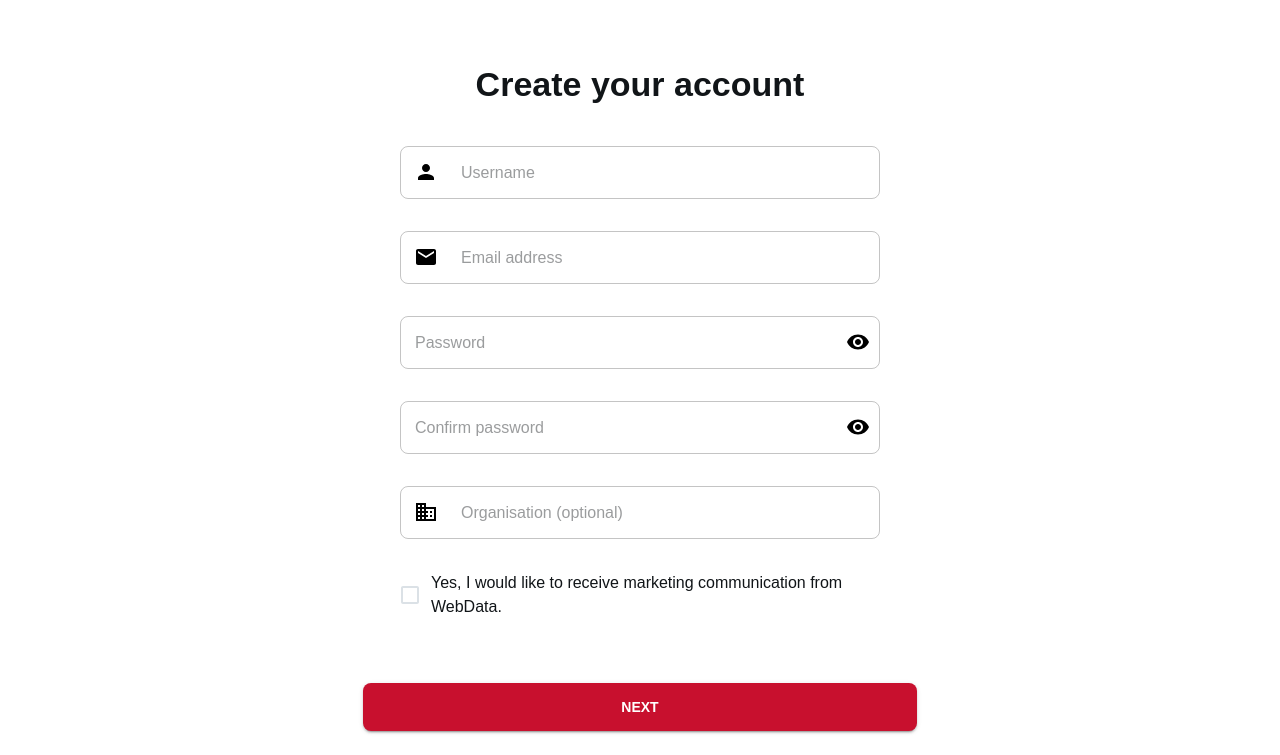
Repository: Pascal-Ahmadu/Tender-download-system
Page: /register (app in frontend/)
The author's editor kept a copy of each file at every save. The page is drawn from the files as they stood at one save, then again after the next save.
The browser window is 1280 px wide. The pictures show the whole page.
The page's requests for data from a server got no answer. Some web fonts or font styles are not loaded; a fallback is used. The project was rebuilt for these pictures with package versions that can differ from the ones it lists, and the page was loaded fresh each time. No one was signed in, and anything a server would have sent is missing. Also part of the build but not shown: frontend/vite.config.js, frontend/src/components/pages/LoginPage.jsx.

Above is the page before, as saved 2024-07-31 08:24:56.

### frontend/index.html
<!DOCTYPE html>
<html lang="en">
  <head>
    <meta charset="UTF-8" />
    <link rel="icon" type="image/svg+xml" href="/vite.svg" />
    <link
      href="https://fonts.googleapis.com/css2?family=Bento:wght@400;700&display=swap"
      rel="stylesheet"
    />

    <meta name="viewport" content="width=device-width, initial-scale=1.0" />
    <title>Vite + React</title>
  </head>
  <body>
    <div id="root"></div>
    <script type="module" src="/src/main.jsx"></script>
  </body>
</html>

### frontend/src/main.jsx
import React from "react";
import ReactDOM from "react-dom/client";
import App from "./App.jsx";
import "./index.css";
import { AuthProvider } from "./components/contexts/AuthContext.jsx";

ReactDOM.createRoot(document.getElementById("root")).render(
  <React.StrictMode>
    <AuthProvider>
      <App />
    </AuthProvider>
  </React.StrictMode>
);

### frontend/src/App.jsx
import React from "react";
import { BrowserRouter as Router, Routes, Route } from "react-router-dom";
import LoginPage from "./components/pages/LoginPage";
import RegistrationForm from "./components/pages/RegistrationPage";
import { createTheme, ThemeProvider } from "@mui/material/styles";

// Create a theme instance
const theme = createTheme({
  typography: {
    fontFamily: "Bento, sans-serif",
  },
});

const app = () => {
  return (
    <ThemeProvider theme={theme}>
      <Router>
        <Routes>
          <Route path="/" element={<LoginPage />} />
          <Route path="/register" element={<RegistrationForm />} />
        </Routes>
      </Router>
    </ThemeProvider>
  );
};

export default app;

### frontend/src/index.css
:root {
  font-family: "Bento", sans-serif;

  line-height: 1.5;
  font-weight: 400;

  color-scheme: white;
  color: rgba(255, 255, 255, 0.87);
  background-color: white;

  font-synthesis: none;
  text-rendering: optimizeLegibility;
  -webkit-font-smoothing: antialiased;
  -moz-osx-font-smoothing: grayscale;
}

body {
  font-family: "Merriweather", serif;
}

a {
  font-weight: 500;
  color: #646cff;
  text-decoration: inherit;
}
a:hover {
  color: #535bf2;
}

h1 {
  font-size: 3.2em;
  line-height: 1.1;
}

button {
  border-radius: 8px;
  border: 1px solid transparent;
  padding: 0.6em 1.2em;
  font-size: 1em;
  font-weight: 500;
  font-family: inherit;
  background-color: #1a1a1a;
  cursor: pointer;
  transition: border-color 0.25s;
}
button:hover {
  border-color: #646cff;
}
button:focus,
button:focus-visible {
  outline: 4px auto -webkit-focus-ring-color;
}

@media (prefers-color-scheme: light) {
  :root {
    color: #213547;
    background-color: #ffffff;
  }
  a:hover {
    color: #747bff;
  }
  button {
    background-color: #f9f9f9;
  }
}

### frontend/src/components/contexts/AuthContext.jsx
import React, { createContext, useState, useEffect, useContext } from "react";
import axios from "axios";

const API_BASE_URL = "http://localhost:5000";

axios.defaults.baseURL = API_BASE_URL;

const AuthContext = createContext();

const AuthProvider = ({ children }) => {
  const [user, setUser] = useState(null);

  // Fetch user on app load
  useEffect(() => {
    const fetchUser = async () => {
      try {
        const res = await axios.get("/api/auth/current", {
          withCredentials: true,
        });
        setUser(res.data.user);
      } catch (err) {
        console.error(err.response ? err.response.data.msg : err.message);
      }
    };

    fetchUser();
  }, []);

  const register = async (email, password) => {
    try {
      await axios.post(
        "/api/auth/register",
        { email, password },
        { withCredentials: true }
      );
      // Optionally fetch user data if needed
    } catch (err) {
      throw new Error(err.response ? err.response.data.msg : err.message);
    }
  };

  const login = async (email, password) => {
    try {
      await axios.post(
        "/api/auth/login",
        { email, password },
        { withCredentials: true }
      );
      const res = await axios.get("/api/auth/current", {
        withCredentials: true,
      });
      setUser(res.data.user);
    } catch (err) {
      throw new Error(err.response ? err.response.data.msg : err.message);
    }
  };

  const logout = async () => {
    try {
      await axios.post("/api/auth/logout", {}, { withCredentials: true });
      setUser(null);
    } catch (err) {
      console.error(err.response ? err.response.data.msg : err.message);
    }
  };

  return (
    <AuthContext.Provider value={{ user, register, login, logout }}>
      {children}
    </AuthContext.Provider>
  );
};

// Custom hook to use the AuthContext
const useAuth = () => {
  const context = useContext(AuthContext);
  if (context === undefined) {
    throw new Error("useAuth must be used within an AuthProvider");
  }
  return context;
};

export { AuthProvider, useAuth };

### frontend/src/components/pages/RegistrationPage.jsx
import React, { useState, useEffect } from "react";
import {
  TextField,
  Button,
  Box,
  Typography,
  Checkbox,
  FormControlLabel,
  InputAdornment,
  IconButton,
  LinearProgress,
  FormHelperText,
} from "@mui/material";
import {
  Visibility,
  VisibilityOff,
  Person,
  Email,
  Business,
} from "@mui/icons-material";

function SignupForm() {
  const [showPassword, setShowPassword] = useState(false);
  const [password, setPassword] = useState("");
  const [confirmPassword, setConfirmPassword] = useState("");
  const [passwordStrength, setPasswordStrength] = useState(0);
  const [passwordEntered, setPasswordEntered] = useState(false);
  const [passwordValid, setPasswordValid] = useState({
    length: false,
    uppercase: false,
    lowercase: false,
    symbol: false,
  });
  const [showRequirements, setShowRequirements] = useState(false);
  const [typingTimeout, setTypingTimeout] = useState(null);

  const handleClickShowPassword = () => setShowPassword(!showPassword);

  const handlePasswordChange = (event) => {
    const password = event.target.value;
    setPassword(password);
    setPasswordEntered(true);
    setShowRequirements(true);

    // Check password validity
    const lengthValid = password.length >= 8 && password.length <= 16;
    const uppercaseValid = /[A-Z]/.test(password);
    const lowercaseValid = /[a-z]/.test(password);
    const symbolValid = /[!@#$%^&*(),.?":{}|<>]/.test(password);

    setPasswordValid({
      length: lengthValid,
      uppercase: uppercaseValid,
      lowercase: lowercaseValid,
      symbol: symbolValid,
    });

    // Calculate strength
    setPasswordStrength(
      (lengthValid + uppercaseValid + lowercaseValid + symbolValid) * 25
    );

    // Clear previous timeout
    if (typingTimeout) clearTimeout(typingTimeout);

    // Set a new timeout
    setTypingTimeout(
      setTimeout(() => {
        setShowRequirements(false);
      }, 2000)
    ); // Hide after 2 seconds of inactivity
  };

  const handleConfirmPasswordChange = (event) => {
    setConfirmPassword(event.target.value);
  };

  const getStrengthColor = () => {
    if (passwordStrength <= 33) return "#f44336"; // Red for weak
    if (passwordStrength <= 66) return "#ff9800"; // Orange for medium
    return "#4caf50"; // Green for strong
  };

  const passwordsMatch = password === confirmPassword;

  useEffect(() => {
    // Cleanup on component unmount
    return () => {
      if (typingTimeout) clearTimeout(typingTimeout);
    };
  }, [typingTimeout]);

  return (
    <Box
      sx={{
        display: "flex",
        flexDirection: "column",
        minHeight: "100vh",
        backgroundColor: "white",
        overflow: "hidden",
      }}
    >
      <Box
        sx={{
          display: "flex",
          flexDirection: "column",
          flex: 1,
          justifyContent: "center",
          alignItems: "center",
          px: 2,
          py: 4,
        }}
      >
        <Box
          sx={{
            display: "flex",
            flexDirection: "column",
            width: "100%",
            maxWidth: "480px",
            boxSizing: "border-box",
          }}
        >
          <Typography
            variant="h4"
            sx={{
              fontWeight: "bold",
              textAlign: "center",
              color: "#111518",
              py: 3,
            }}
          >
            Create your account
          </Typography>
          <TextField
            placeholder="Username"
            fullWidth
            margin="normal"
            InputProps={{
              startAdornment: (
                <InputAdornment position="start">
                  <Person sx={{ color: "black" }} />
                </InputAdornment>
              ),
            }}
            sx={{
              "& .MuiOutlinedInput-root": {
                borderRadius: 2,
                borderColor: "#dbe1e6",
              },
              "& .MuiInputBase-input": {
                color: "#111518",
                p: "15px",
                fontSize: "1rem",
              },
              mb: 2,
            }}
          />
          <TextField
            placeholder="Email address"
            fullWidth
            margin="normal"
            InputProps={{
              startAdornment: (
                <InputAdornment position="start">
                  <Email sx={{ color: "black" }} />
                </InputAdornment>
              ),
            }}
            sx={{
              "& .MuiOutlinedInput-root": {
                borderRadius: 2,
                borderColor: "#dbe1e6",
              },
              "& .MuiInputBase-input": {
                color: "#111518",
                p: "15px",
                fontSize: "1rem",
              },
              mb: 2,
            }}
          />
          <TextField
            placeholder="Password"
            fullWidth
            type={showPassword ? "text" : "password"}
            onChange={handlePasswordChange}
            onFocus={() => setPasswordEntered(true)}
            margin="normal"
            InputProps={{
              endAdornment: (
                <InputAdornment position="end">
                  <IconButton onClick={handleClickShowPassword} edge="end">
                    {showPassword ? (
                      <VisibilityOff sx={{ color: "black" }} />
                    ) : (
                      <Visibility sx={{ color: "black" }} />
                    )}
                  </IconButton>
                </InputAdornment>
              ),
            }}
            sx={{
              "& .MuiOutlinedInput-root": {
                borderRadius: 2,
                borderColor: "#dbe1e6",
              },
              "& .MuiInputBase-input": {
                color: "#111518",
                p: "15px",
                fontSize: "1rem",
              },
              mb: 2,
            }}
          />
          {passwordEntered && showRequirements && (
            <Box sx={{ mb: 2 }}>
              <Typography variant="body2" sx={{ color: "#60778a", py: 1 }}>
                Password strength
              </Typography>
              <LinearProgress
                variant="determinate"
                value={passwordStrength}
                sx={{
                  height: 8,
                  borderRadius: 2,
                  backgroundColor: "#e0e0e0",
                  "& .MuiLinearProgress-bar": {
                    borderRadius: 2,
                    backgroundColor: getStrengthColor(),
                  },
                }}
              />
              <FormHelperText
                sx={{
                  color: "#60778a",
                  pt: 1,
                }}
              >
                <ul>
                  <li
                    style={{
                      color: passwordValid.length ? "#4caf50" : "#f44336",
                    }}
                  >
                    {passwordValid.length
                      ? "✔ Length between 8 and 16 characters"
                      : "✘ Length between 8 and 16 characters"}
                  </li>
                  <li
                    style={{
                      color: passwordValid.uppercase ? "#4caf50" : "#f44336",
                    }}
                  >
                    {passwordValid.uppercase
                      ? "✔ At least one uppercase letter"
                      : "✘ At least one uppercase letter"}
                  </li>
                  <li
                    style={{
                      color: passwordValid.lowercase ? "#4caf50" : "#f44336",
                    }}
                  >
                    {passwordValid.lowercase
                      ? "✔ At least one lowercase letter"
                      : "✘ At least one lowercase letter"}
                  </li>
                  <li
                    style={{
                      color: passwordValid.symbol ? "#4caf50" : "#f44336",
                    }}
                  >
                    {passwordValid.symbol
                      ? "✔ At least one symbol"
                      : "✘ At least one symbol"}
                  </li>
                </ul>
              </FormHelperText>
            </Box>
          )}
          <TextField
            placeholder="Confirm password"
            fullWidth
            type={showPassword ? "text" : "password"}
            onChange={handleConfirmPasswordChange}
            margin="normal"
            InputProps={{
              endAdornment: (
                <InputAdornment position="end">
                  <IconButton onClick={handleClickShowPassword} edge="end">
                    {showPassword ? (
                      <VisibilityOff sx={{ color: "black" }} />
                    ) : (
                      <Visibility sx={{ color: "black" }} />
                    )}
                  </IconButton>
                </InputAdornment>
              ),
            }}
            sx={{
              "& .MuiOutlinedInput-root": {
                borderRadius: 2,
                borderColor: "#dbe1e6",
              },
              "& .MuiInputBase-input": {
                color: "#111518",
                p: "15px",
                fontSize: "1rem",
              },
              mb: 2,
            }}
          />
          {!passwordsMatch && confirmPassword.length > 0 && (
            <FormHelperText sx={{ color: "#f44336" }}>
              Passwords do not match
            </FormHelperText>
          )}
          <TextField
            placeholder="Organisation (optional)"
            fullWidth
            margin="normal"
            InputProps={{
              startAdornment: (
                <InputAdornment position="start">
                  <Business sx={{ color: "black" }} />
                </InputAdornment>
              ),
            }}
            sx={{
              "& .MuiOutlinedInput-root": {
                borderRadius: 2,
                borderColor: "#dbe1e6",
              },
              "& .MuiInputBase-input": {
                color: "#111518",
                p: "15px",
                fontSize: "1rem",
              },
              mb: 2,
            }}
          />
          <FormControlLabel
            control={
              <Checkbox
                sx={{
                  color: "#dbe1e6",
                  "&.Mui-checked": {
                    color: "#2094f3",
                  },
                }}
              />
            }
            label="Yes, I would like to receive marketing communication from WebData."
            sx={{ color: "#111518", mt: 2 }}
          />
        </Box>
      </Box>
      <Box
        component="footer"
        sx={{
          display: "flex",
          justifyContent: "center",
          px: 2,
          py: 2,
        }}
      >
        <Button
          variant="contained"
          fullWidth // Make the button span the width of its container
          sx={{
            bgcolor: "#c8102e", // Button color
            color: "white",
            fontWeight: "bold",
            borderRadius: 2,
            py: 1.5, // Adjust vertical padding for height
            mt: 2, // Margin top for spacing
            width: "45%", // Ensure button width is 100% of container width
            boxSizing: "border-box", // Ensure padding is included in width
            "&:hover": {
              bgcolor: "#a50f1d", // Slightly darker on hover
            },
          }}
        >
          Next
        </Button>
      </Box>
    </Box>
  );
}

export default SignupForm;

After the next save:
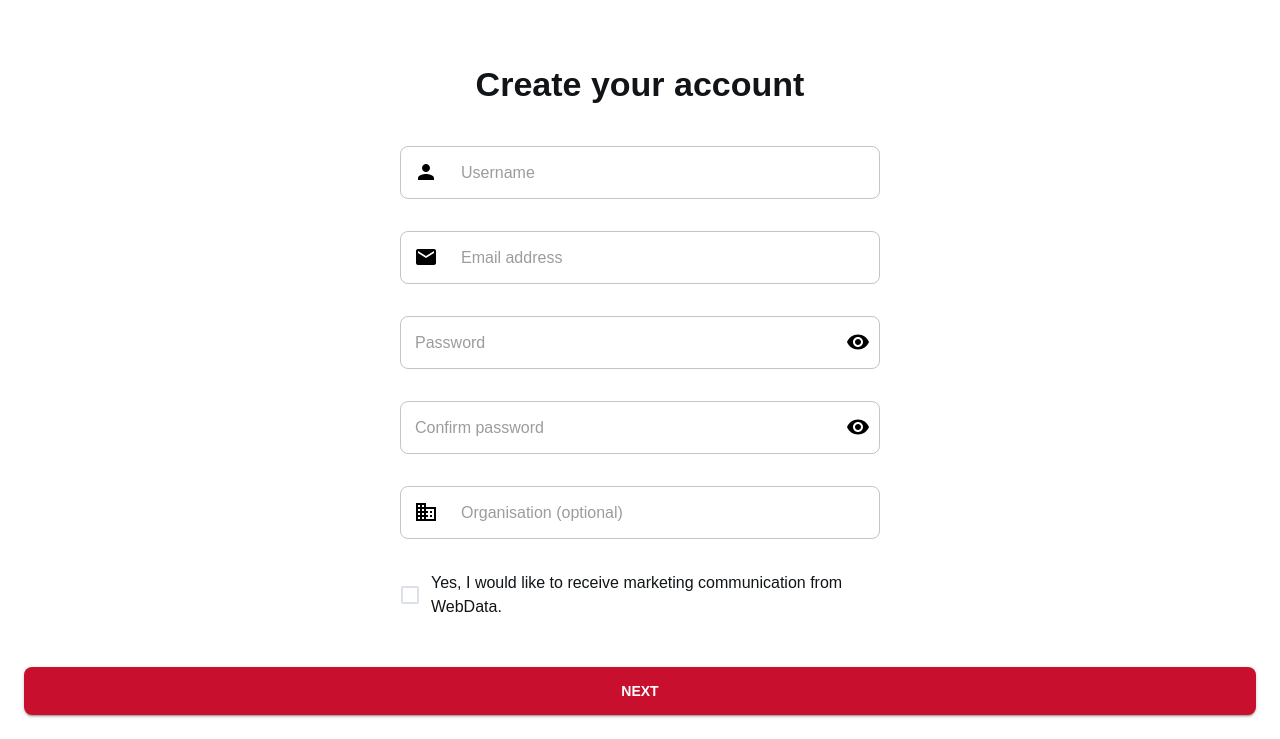
Saved 2 min 59 s later.
--- a/frontend/src/components/pages/RegistrationPage.jsx
+++ b/frontend/src/components/pages/RegistrationPage.jsx
@@ -97,7 +97,6 @@
         flexDirection: "column",
         minHeight: "100vh",
         backgroundColor: "white",
-        overflow: "hidden",
       }}
     >
       <Box
@@ -361,6 +360,7 @@
           justifyContent: "center",
           px: 2,
           py: 2,
+          mt: "auto", // Push footer to the bottom
         }}
       >
         <Button
@@ -372,8 +372,7 @@
             fontWeight: "bold",
             borderRadius: 2,
             py: 1.5, // Adjust vertical padding for height
-            mt: 2, // Margin top for spacing
-            width: "45%", // Ensure button width is 100% of container width
+            width: "100%", // Ensure button width is 100% of container width
             boxSizing: "border-box", // Ensure padding is included in width
             "&:hover": {
               bgcolor: "#a50f1d", // Slightly darker on hover

After the save that followed:
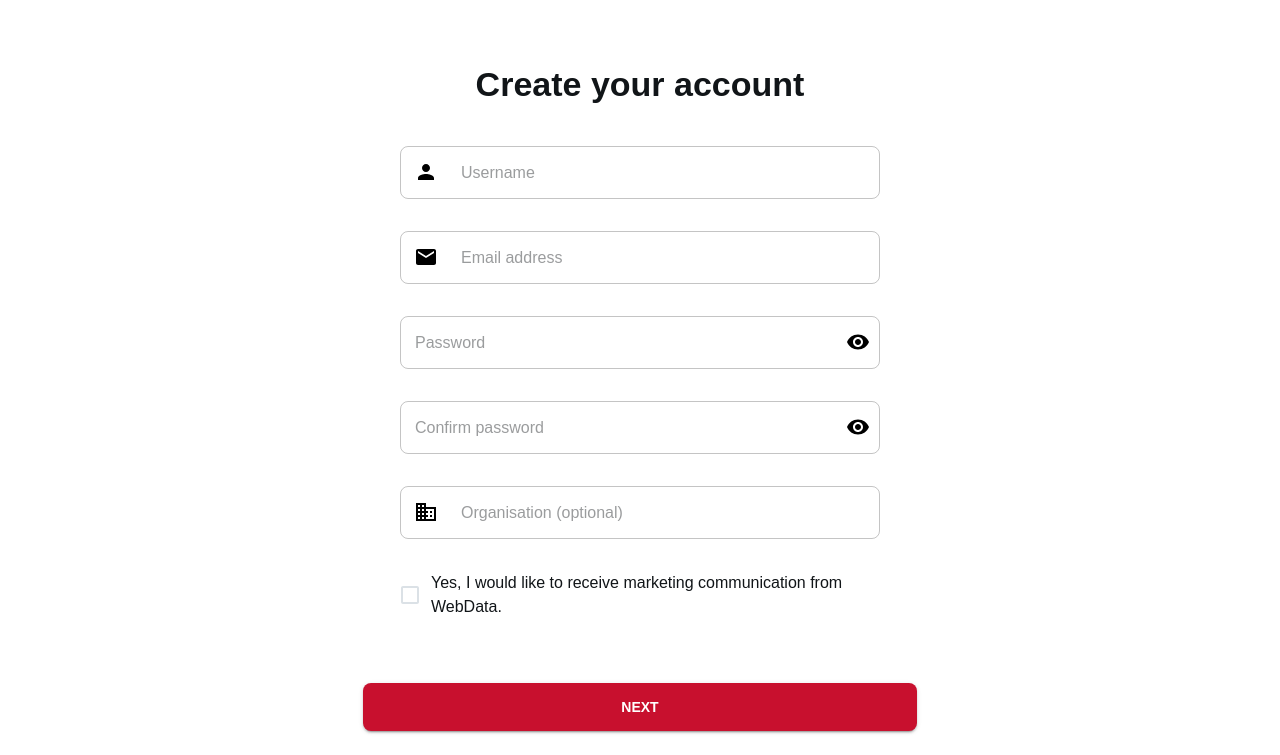
Saved 29 s later.
--- a/frontend/src/components/pages/RegistrationPage.jsx
+++ b/frontend/src/components/pages/RegistrationPage.jsx
@@ -97,6 +97,7 @@
         flexDirection: "column",
         minHeight: "100vh",
         backgroundColor: "white",
+        overflow: "hidden",
       }}
     >
       <Box
@@ -360,7 +361,6 @@
           justifyContent: "center",
           px: 2,
           py: 2,
-          mt: "auto", // Push footer to the bottom
         }}
       >
         <Button
@@ -372,7 +372,8 @@
             fontWeight: "bold",
             borderRadius: 2,
             py: 1.5, // Adjust vertical padding for height
-            width: "100%", // Ensure button width is 100% of container width
+            mt: 2, // Margin top for spacing
+            width: "45%", // Ensure button width is 100% of container width
             boxSizing: "border-box", // Ensure padding is included in width
             "&:hover": {
               bgcolor: "#a50f1d", // Slightly darker on hover
